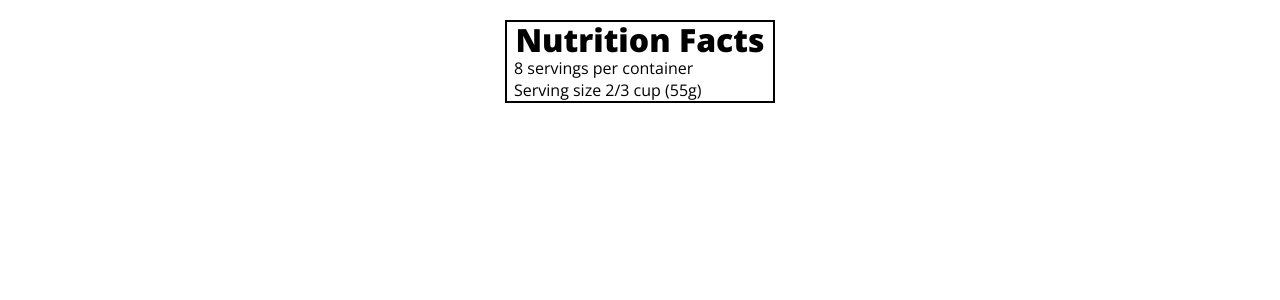
Repository: AimenDje/NutritionLabel
Page: index.html
An editor plug-in stored every save of this project. The page is shown before and after the next save, followed by the edit.
The browser window is 1280 px wide. The pictures show the whole page.

Above is the page before, as saved 2025-08-27 02:05:30.

After the next save:
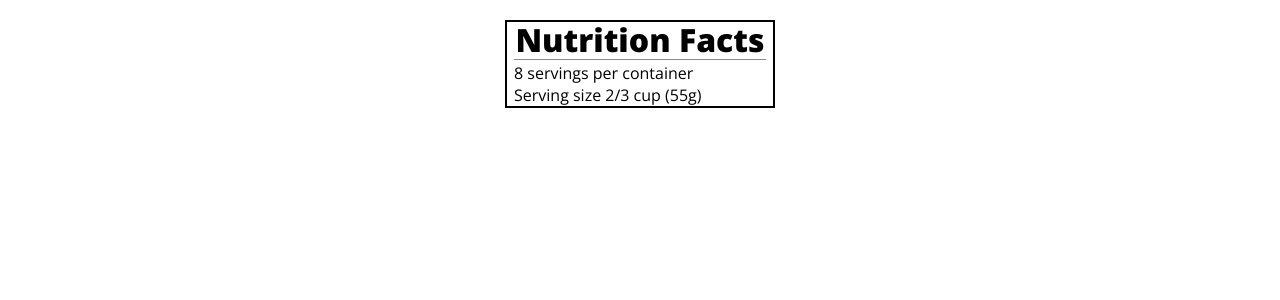
Saved 65 s later.
--- a/styles.css
+++ b/styles.css
@@ -26,3 +26,8 @@ h1 {
 p{
   margin : 0;
 }
+
+.divider{
+  border-bottom: 1px solid #888989;
+  margin : 2px 0;
+}
